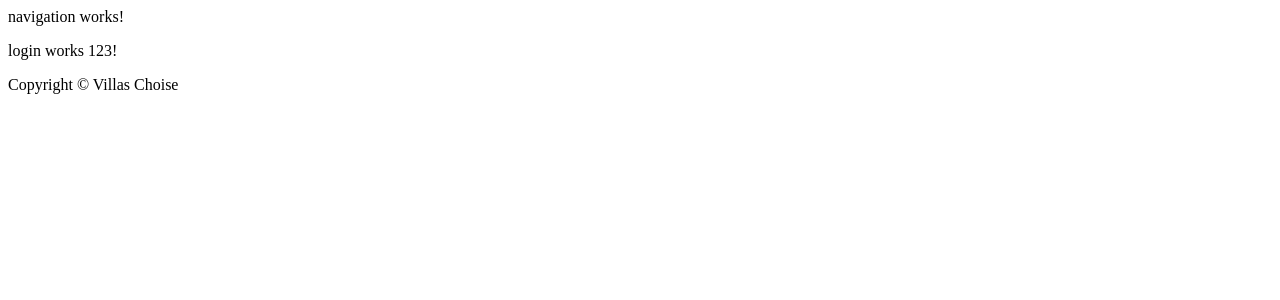
Repository: vsterev/angular-antiCovid-travel
Page: /login (app in covid-travel/)
The author's editor kept a copy of each file at every save. The page is drawn from the files as they stood at one save, then again after the next save.
The browser window is 1280 px wide. The pictures show the whole page.
The project was rebuilt for these pictures with package versions that can differ from the ones it lists, and the page was loaded fresh each time. Also part of the build but not shown: covid-travel/angular.json, covid-travel/src/app/villas/details-reservation/details-reservation.component.ts, covid-travel/src/app/villas/villa-book/villa-book.component.ts, covid-travel/src/app/villas/villa-edit/villa-edit.component.ts, covid-travel/src/app/user/user.service.ts, covid-travel/src/app/villas/villa.service.ts, covid-travel/src/app/villas/villa-detail/villa-detail.component.ts, covid-travel/src/app/villas/villa-add/villa-add.component.ts and 6 more.

Above is the page before, as saved 2020-11-16 01:36:05.

### covid-travel/src/index.html
<!DOCTYPE html>
<html lang="en">
  <head>
    <meta charset="utf-8" />
    <title>CovidTravel</title>
    <base href="/" />
    <meta name="viewport" content="width=device-width, initial-scale=1" />
    <!-- <link rel="icon" type="image/x-icon" href="favicon.ico" /> -->
    <link rel="icon" type="image/png" href="./assets/house.png" />
  </head>
  <body>
    <app-root></app-root>
  </body>
</html>

### covid-travel/src/app/app.module.ts
import { VillasModule } from './villas/villas.module';
import { VillaRoutingModule } from './villas/villas-routing.moule';
import { FooterComponent } from './core/footer/footer.component';
import { NavigationComponent } from './core/navigation/navigation.component';
import { BrowserModule } from '@angular/platform-browser';
import { NgModule } from '@angular/core';

import { AppRoutingModule } from './app-routing.module';
import { AppComponent } from './app.component';
import { HomeComponent } from './home/home.component';
import { HomeAuthComponent } from './home-auth/home-auth.component';
import { UserModule } from './user/user.module';

@NgModule({
  declarations: [
    AppComponent,
    HomeComponent,
    HomeAuthComponent,
    NavigationComponent,
    FooterComponent
  ],
  imports: [
    BrowserModule,
    // VillaRoutingModule,
    AppRoutingModule,
    VillasModule,
    UserModule
  ],
  providers: [],
  bootstrap: [AppComponent]
})
export class AppModule { }

### covid-travel/src/app/villas/villas.module.ts
import { RouterModule } from '@angular/router';
import { VillaRoutingModule } from './villas-routing.moule';
import { NgModule } from '@angular/core';
import { CommonModule } from '@angular/common';
import { DetailsReservationComponent } from './details-reservation/details-reservation.component';
import { VillaDetailComponent } from './villa-detail/villa-detail.component';
import { VillaEditComponent } from './villa-edit/villa-edit.component';
import { VillaAddComponent } from './villa-add/villa-add.component';
import { VillaBookComponent } from './villa-book/villa-book.component';



@NgModule({
  declarations: [DetailsReservationComponent, VillaDetailComponent, VillaEditComponent, VillaAddComponent, VillaBookComponent],
  exports: [],
  imports: [
    CommonModule,
    VillaRoutingModule
  ]
})
export class VillasModule { }

### covid-travel/src/app/app-routing.module.ts
import { RegisterComponent } from './user/register/register.component';
import { LoginComponent } from './user/login/login.component';
import { NotFoundComponent } from './core/not-found/not-found.component';
import { HomeAuthComponent } from './home-auth/home-auth.component';
import { NgModule } from '@angular/core';
import { Routes, RouterModule } from '@angular/router';
import { HomeComponent } from './home/home.component';

const routes: Routes = [
  {
    path: '',
    pathMatch: 'full',
    component: HomeComponent
  },
  {
    path: 'home',
    component: HomeComponent
  },
  {
    path: 'home-auth',
    component: HomeAuthComponent
  },
  {
    path: 'login',
    component: LoginComponent
  },
  {
    path: 'register',
    component: RegisterComponent
  },
  {
    path: '**',
    component: NotFoundComponent
  }
];

// @NgModule({
//   imports: [RouterModule.forRoot(routes)],
//   exports: [RouterModule]
// })
// export class AppRoutingModule { }
export const AppRoutingModule = RouterModule.forRoot(routes);

### covid-travel/src/app/app.component.ts
import { Component } from '@angular/core';

@Component({
  selector: 'app-root',
  templateUrl: './app.component.html',
  styleUrls: ['./app.component.css']
})
export class AppComponent {
  title = 'covid-travel';
}

### covid-travel/src/app/user/user.module.ts
import { UserRoutingModule } from './user-routing.moule';
import { NgModule } from '@angular/core';
import { CommonModule } from '@angular/common';
import { LoginComponent } from './login/login.component';
import { RegisterComponent } from './register/register.component';
import { ProfileComponent } from './profile/profile.component';
import { PassChangeComponent } from './pass-change/pass-change.component';



@NgModule({
  declarations: [LoginComponent, RegisterComponent, ProfileComponent, PassChangeComponent],
  imports: [
    CommonModule,
    UserRoutingModule
  ]
})
export class UserModule { }

### covid-travel/src/app/villas/villas-routing.moule.ts
import { DetailsReservationComponent } from './details-reservation/details-reservation.component';
import { VillaBookComponent } from './villa-book/villa-book.component';
import { VillaEditComponent } from './villa-edit/villa-edit.component';
import { VillaDetailComponent } from './villa-detail/villa-detail.component';
import { RouterModule, Routes } from '@angular/router';
import { VillaAddComponent } from './villa-add/villa-add.component';
import { NgModule } from '@angular/core';


const routes: Routes = [
  {
    path: 'villa',
    children: [
      // {
      //   path: '',
      //   pathMatch: 'full',
      //   redirectTo: '/cause/create'
      // },
      {
        path: 'add',
        component: VillaAddComponent
      },
      {
        path: 'detail/:id',
        component: VillaDetailComponent
      },
      {
        path: 'edit/:id',
        component: VillaEditComponent
      },
      {
        path: 'book/:id',
        component: VillaBookComponent
      },
      {
        path: 'book-detail/:id',
        component: DetailsReservationComponent
      }
    ]
  }
];
// @NgModule({
//   imports: [RouterModule.forChild(routes)],
//   exports: [RouterModule]
// })
// export class VillaRoutingModule { }
export const VillaRoutingModule = RouterModule.forChild(routes);

### covid-travel/src/app/core/footer/footer.component.html
<p>Copyright © Villas Choise</p>

### covid-travel/src/app/core/footer/footer.component.css
p {
}

### covid-travel/src/app/core/navigation/navigation.component.css
* {
  margin: 0px;
}
div.container {
  background: beige;
}
div.navbar {
  display: flex;
  flex-direction: row;
  align-items: center;
  justify-content: space-between;
  padding: 10px;
  width: 90%;
  margin: 0 auto;
}
div.navbar > ul {
  display: flex;
  flex-direction: row;
  list-style: none;
  justify-content: space-between;
  font-size: 20px;
  margin-right: 20px;
  margin-top: revert;
}
div.navbar > ul > li {
  padding-bottom: 10px;
}
/* div.navbar > ul > li :hover {
  color: white;
  cursor: pointer;
  text-decoration: underline;
  text-decoration-color: blue;
} */
div.navbar > ul > li > a {
  /* text-decoration: none;
  color: blue; */
  font-size: 18px;
}
div.img-wrapper > img {
  width: 100%;
  height: 100%;
  object-fit: none;
}
div.img-wrapper {
  width: 340px;
  height: 64px;
}

### covid-travel/src/app/user/user-routing.moule.ts
import { ProfileComponent } from './profile/profile.component';
import { RouterModule, Routes } from '@angular/router';

const routes: Routes = [
  {
    path: 'user',
    children: [
      // {
      //   path: '',
      //   pathMatch: 'full',
      //   redirectTo: '/cause/create'
      // },
      {
        path: 'login',
        redirectTo: '/login'
      },
      {
        path: 'register',
        redirectTo: '/register'

      },
      {
        path: 'profile/:userId',
        component: ProfileComponent
      }
    ]
  }
];
// @NgModule({
//   imports: [RouterModule.forChild(routes)],
//   exports: [RouterModule]
// })
// export class VillaRoutingModule { }
export const UserRoutingModule = RouterModule.forChild(routes);

### covid-travel/src/app/user/login/login.component.html
<p>login works 123!</p>

### covid-travel/src/app/user/login/login.component.css
h1 {
  color: white;
}
section {
  background-image: url('../../../assets/beach.jpg');
  height: 85vh;
  background-position: center;
  background-repeat: no-repeat;
  background-size: cover;
}
form {
  position: relative;
  left: 56%;
  top: 17%;
  /* color: white; */
  max-width: 400px;
  padding: 40px;
  /* background-color: white; */
  /* opacity: 0.8; */
  border-radius: 20px;
  /* border: 2px; */
  background-color: rgb(189 229 255 / 66%);
  text-align: center;
}
/* form > input {
  width: 400px;
} */
mat-form-field {
  width: 90%;
  font-size: 18px;
}
div.info {
  font-size: smaller;
  color: rgb(114, 65, 65);
  text-align: center;
  margin-top: 20px;
}
button {
  text-align: center;
  font-size: 20px;
  width: 200px;
}
div.error {
  color: red;
}

Loaded but not shown: covid-travel/src/styles.css (common file); covid-travel/src/main.ts (common file); covid-travel/src/environments/environment.ts (common file); covid-travel/src/app/core/footer/footer.component.ts (common file); covid-travel/src/app/core/navigation/navigation.component.ts (common file); covid-travel/src/app/core/navigation/navigation.component.html (common file); covid-travel/src/app/user/login/login.component.ts (common file); covid-travel/src/app/app.component.html (common file); covid-travel/src/app/app.component.css (no stored copy; drawn as an empty file)

After the next save:
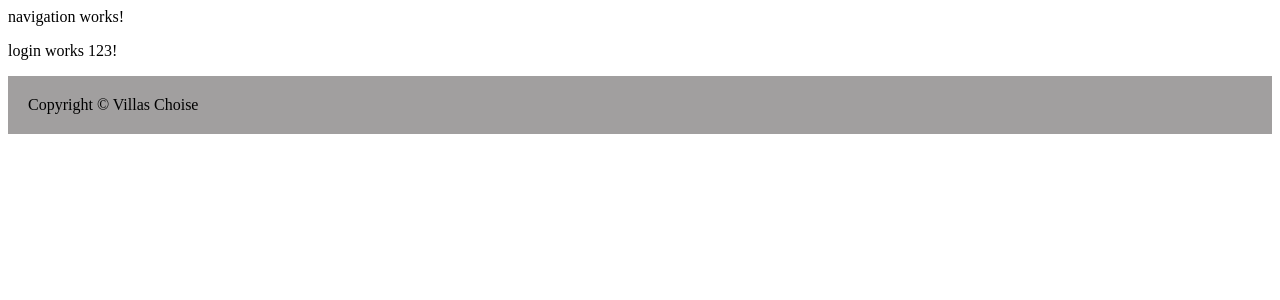
Saved 43 s later.
--- a/covid-travel/src/app/core/footer/footer.component.css
+++ b/covid-travel/src/app/core/footer/footer.component.css
@@ -1,2 +1,4 @@
 p {
+  background: rgb(161, 159, 159);
+  padding: 20px;
 }
